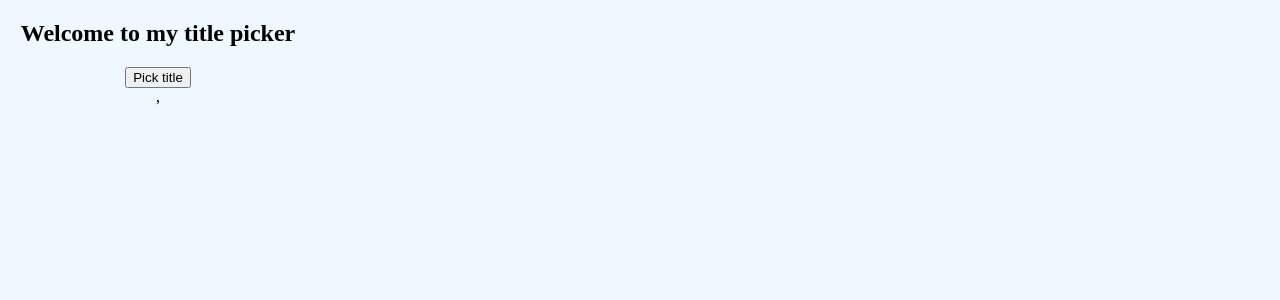
Repository: AishwaryaPandey987/Title-picker
Page: popup.html
These files come from the project's save history. The page is drawn as it stood at one moment and after the next save; the edit follows.
The browser window is 1280 px wide. The pictures show the whole page.

Above is the page before, as saved 2022-10-19 11:50:51.

After the next save:
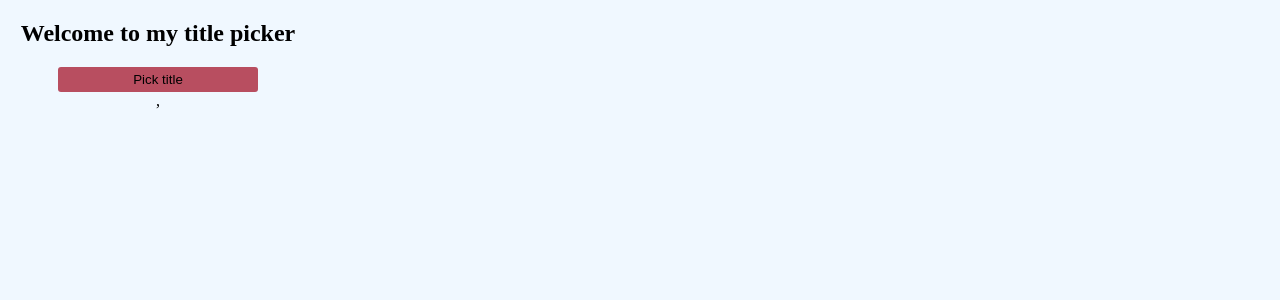
Saved 33 s later.
--- a/popup.html
+++ b/popup.html
@@ -7,7 +7,7 @@
 <body>
  <div class="wrapper">
   <h2>Welcome to my title picker</h2>
-  <button class="changetiltleBtn">Pick title </button>
+  <button class="changetitleBtn">Pick title </button>
   <div class="selectedTitle">
     ,<span class="titleGrid"></span>
     <span class="titleValue"></span>
